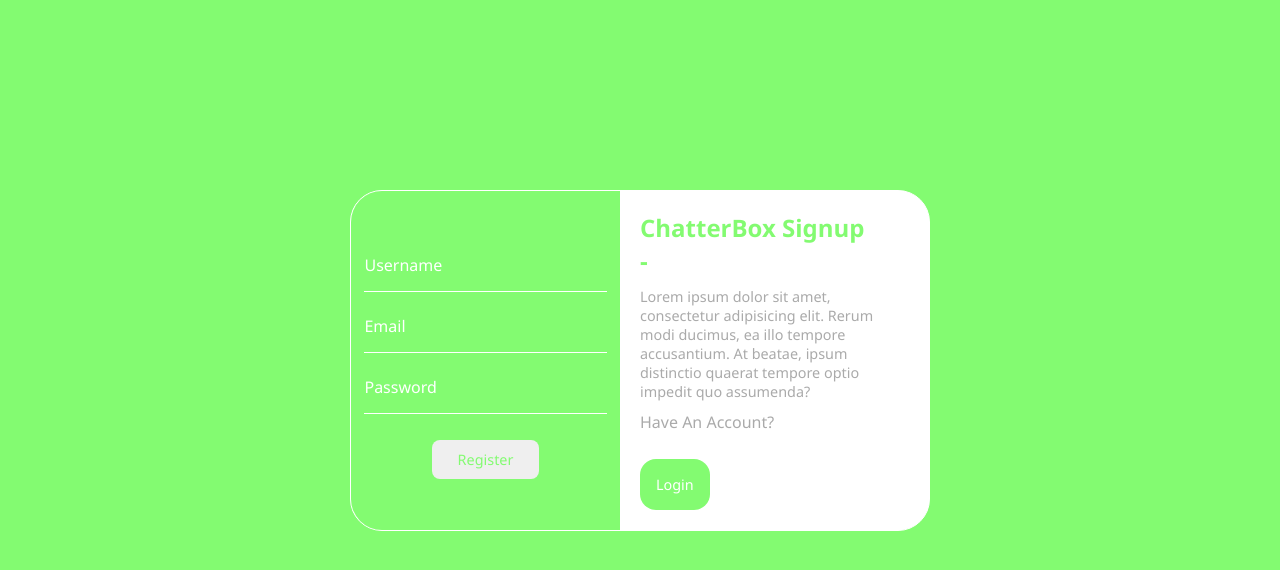
Repository: Habeebur1493/social-media-app
Page: /signup
An editor plug-in stored every save of this project. The page is shown before and after the next save, followed by the edit.
The browser window is 1280 px wide. The pictures show the whole page.
The project was rebuilt for these pictures with package versions that can differ from the ones it lists, and the page was loaded fresh each time. Also part of the build but not shown: vite.config.js, src/pages/login/login.css, src/pages/login/Login.jsx.

Above is the page before, as saved 2025-01-28 02:11:54.

After the next save:
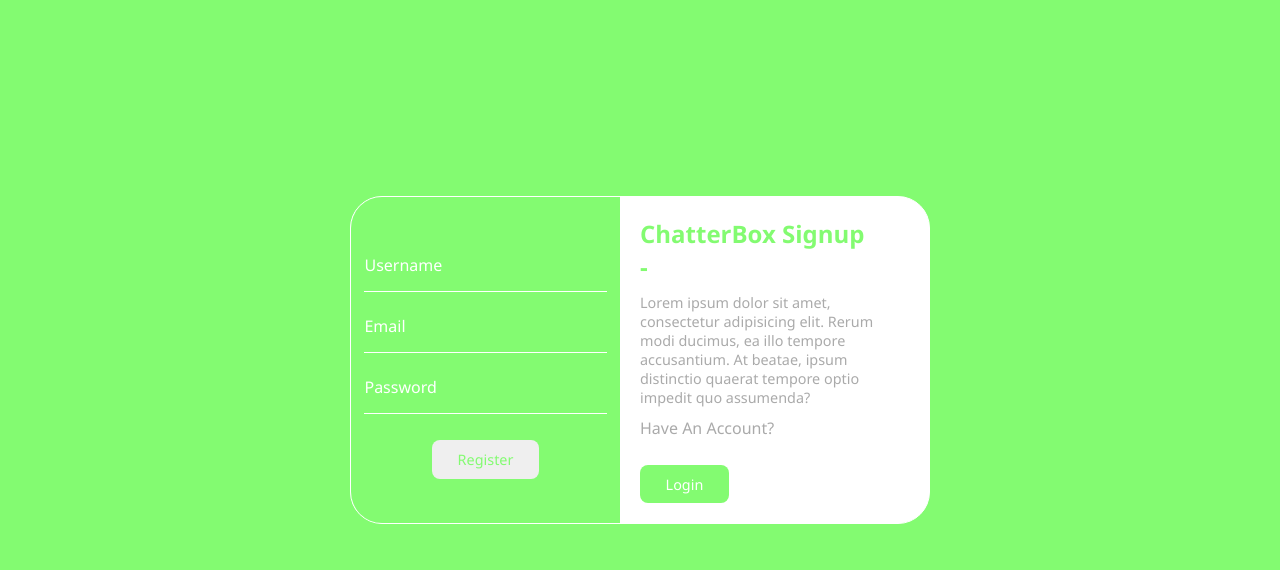
Saved 15 s later.
--- a/src/pages/signup/signup.css
+++ b/src/pages/signup/signup.css
@@ -33,12 +33,7 @@
     font-size: .9rem;
 }
 .signup .card .left button{
-    background: var(--color-primary);
-    color: white;
-    padding: 1rem;
-    border-radius: 1rem;
-    border: none;
-    cursor: pointer;
+   color: white;
 }
 
 .signup .card span{
